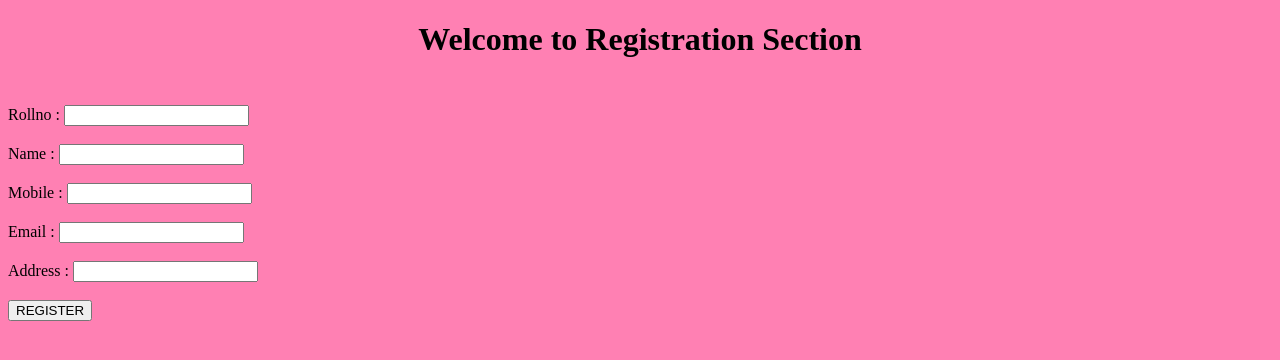
Repository: hitu-1995/reg14_spring_boot
Page: http://localhost/15-Spring-Boot-MVC-Project/register.jsp
An editor plug-in stored every save of this project. The page is shown before and after the next save, followed by the edit.
The browser window is 1280 px wide. The pictures show the whole page.
The page is served by Tomcat 9.

Above is the page before, as saved 2024-02-16 11:07:38.

After the next save:
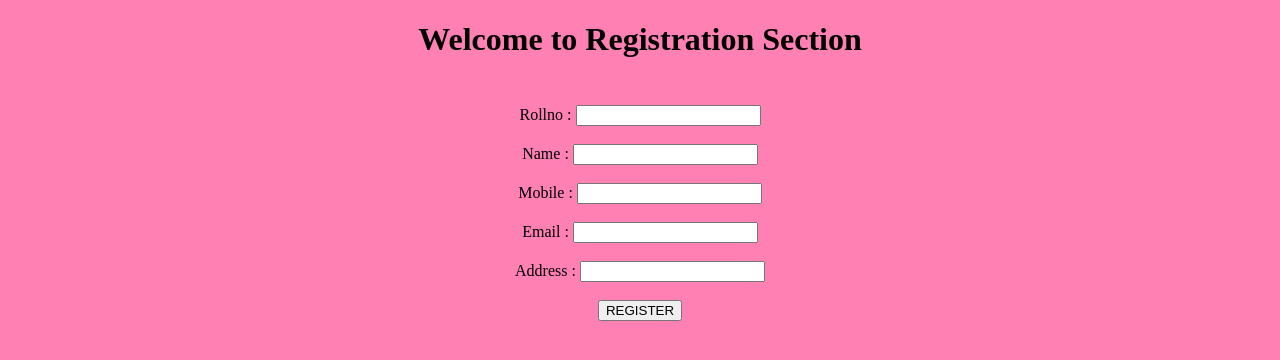
Saved 9 s later.
--- a/15-Spring-Boot-MVC-Project/src/main/webapp/register.jsp
+++ b/15-Spring-Boot-MVC-Project/src/main/webapp/register.jsp
@@ -10,7 +10,7 @@
     <div align="center" style="padding-bottom: 25px">
       <h1>Welcome to Registration Section</h1>
     </div>
-    <div align="left">
+    <div align="center">
        <form action="reg">
           <label>Rollno : </label>
            <input type="text" name="rollno"><br><br>
